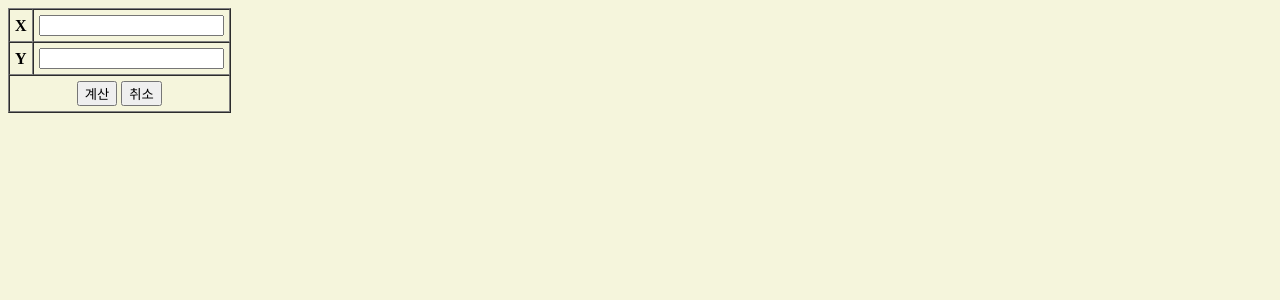
Repository: Gmajorlist/HTML
Page: http://localhost/testJSP/exam/input.jsp
The author's editor kept a copy of each file at every save. The page is drawn from the files as they stood at one save, then again after the next save.
The browser window is 1280 px wide. The pictures show the whole page.
The page is served by Tomcat 9.

Above is the page before, as saved 2023-03-03 07:08:32.

### testJSP/src/main/webapp/exam/input.jsp
<%@ page language="java" contentType="text/html; charset=UTF-8"
    pageEncoding="UTF-8"%>
<!DOCTYPE html>
<html>
<head>
<meta charset="UTF-8">
<title>Insert title here</title>
</head>
<body style="background-color:beige">
<form name="inputForm" method="get" action="http://localhost:8080/ttestServlet/CalcServlet">
<table border="1" cellpadding="5" cellspacing="0">
	<tr>
		<th align="center">X</th>
		<td>
			<input type="text" name="X">
		</td>
	</tr>
	<tr>
		<th align="center">Y</th>
		<td>
			<input type="text" name="Y">
		</td>
	</tr>

	<tr>
		<td colspan="2" align="center">
			<input type="submit" value="계산">
			<input type="reset" value="취소">
		</td>
	</tr>
</table>

</body>
</html>

After the next save:
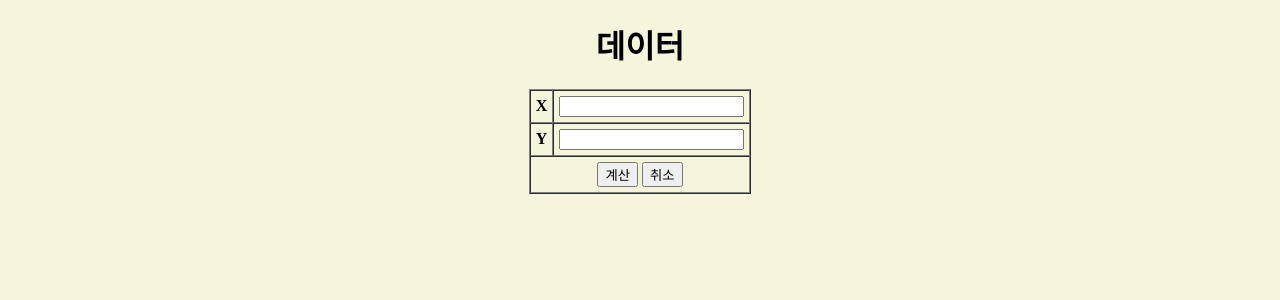
Saved 4 min 40 s later.
--- a/testJSP/src/main/webapp/exam/input.jsp
+++ b/testJSP/src/main/webapp/exam/input.jsp
@@ -7,7 +7,9 @@
 <title>Insert title here</title>
 </head>
 <body style="background-color:beige">
-<form name="inputForm" method="get" action="http://localhost:8080/ttestServlet/CalcServlet">
+<form name="inputForm" method="get" action="result.jsp">
+<center>
+<h1>데이터</h1>
 <table border="1" cellpadding="5" cellspacing="0">
 	<tr>
 		<th align="center">X</th>
@@ -24,11 +26,10 @@
 
 	<tr>
 		<td colspan="2" align="center">
-			<input type="submit" value="계산">
+			<input type="submit" value="계산"> <!-- submit - 입력상자의 데이터를 들고 이동 (action로 쓴 주소) -->
 			<input type="reset" value="취소">
 		</td>
 	</tr>
 </table>
-
 </body>
 </html>
